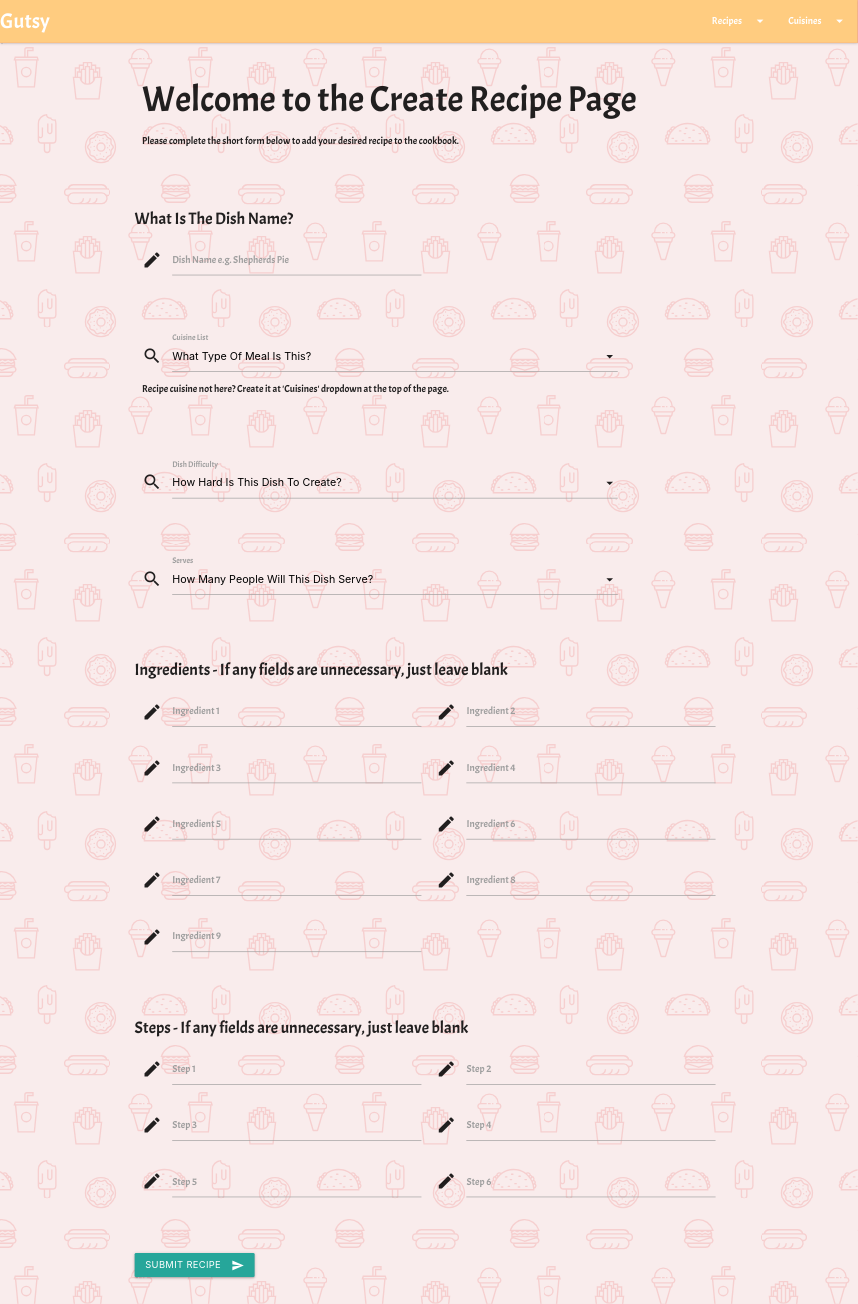
Repository: connor-blackburn/gutsy
Page: http://localhost/create_recipe
The author's editor kept a record of every edit. The page is drawn from the files as they stood at one moment, then again after the next edit.
The browser window is 1280 px wide. The pictures show the whole page, at 67% of full size.
The page is served by the project's application, run on Flask 3 (app.py). Queries for data that is not in the repository find no rows.

Above is the page before.

After the next edit:
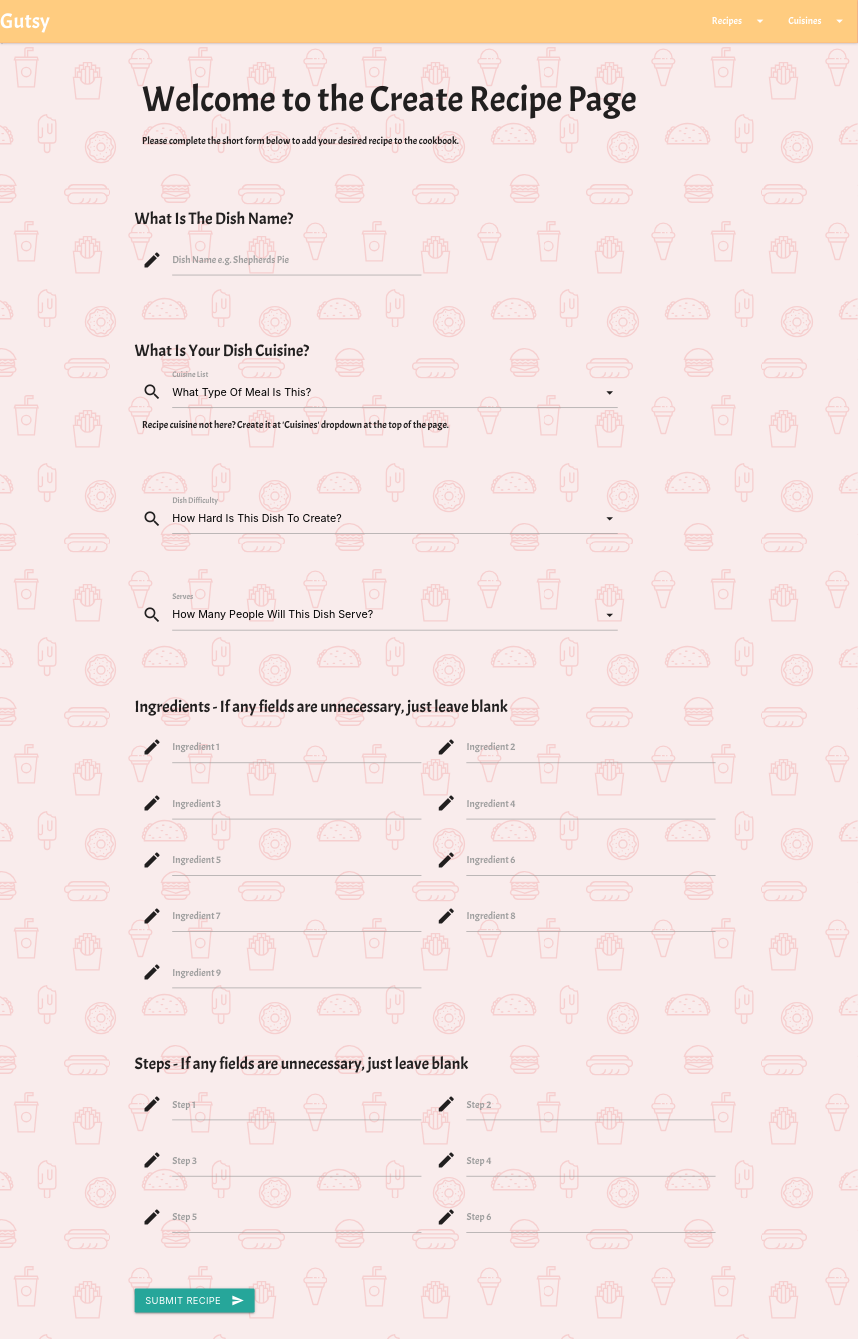
The edit:
--- a/templates/create_recipe.html
+++ b/templates/create_recipe.html
@@ -18,6 +18,7 @@
     </div>
     <!-- A Dropdown Menu For User To Select Recipe Cuisine -->
     <div class="row">
+        <h5>What Is Your Dish Cuisine?</h5>
         <div class="input-field col s10">
             <i class="material-icons prefix">search</i>
             <select id="recipes" name="cuisine_name">
